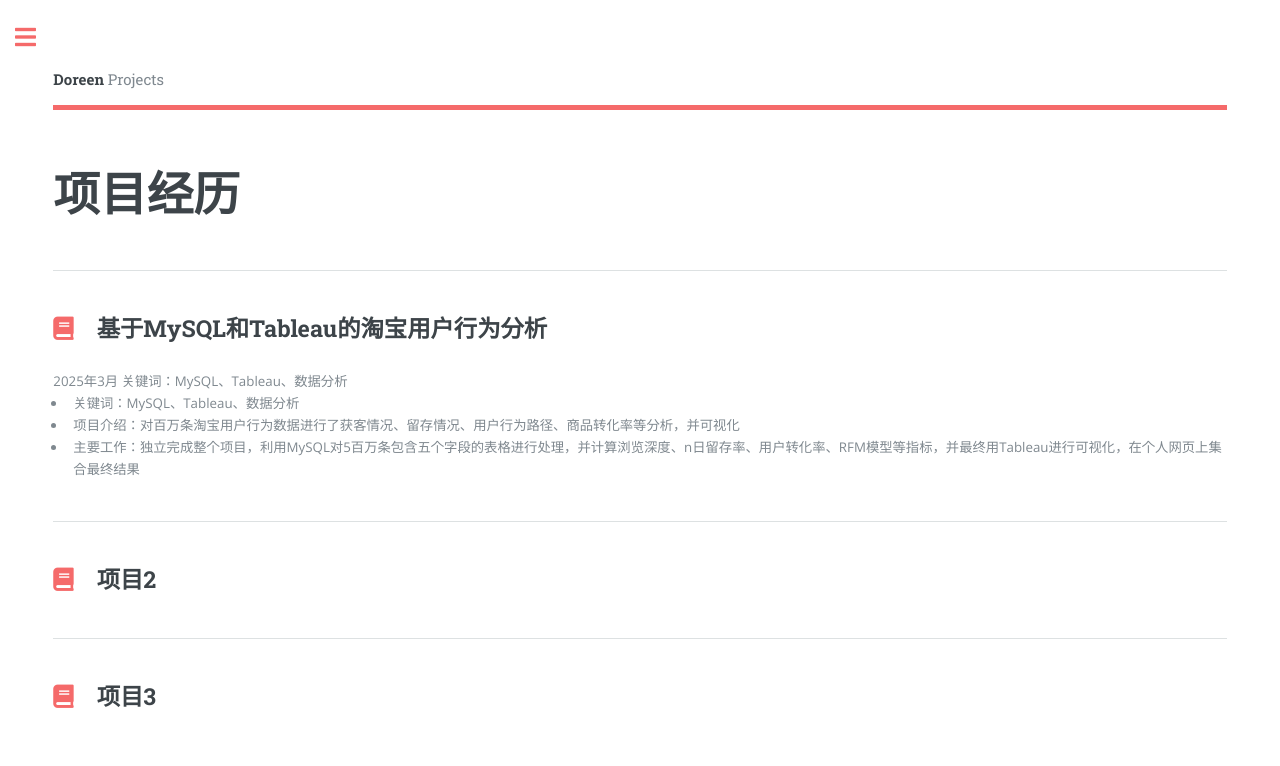
Repository: Hpz3859/Hpz3859.github.io
Page: projects.html
The author's editor kept a copy of each file at every save. The page is drawn from the files as they stood at one save, then again after the next save.
The browser window is 1280 px wide. The pictures show the whole page.

Above is the page before, as saved 2025-03-31 21:00:12.

### projects.html
<!DOCTYPE HTML>
<!--
	Editorial by HTML5 UP
	html5up.net | @ajlkn
	Free for personal and commercial use under the CCA 3.0 license (html5up.net/license)
-->
<html>
	<head>
		<title>Doreen MySQL note</title>
		<meta charset="utf-8" />
		<meta name="viewport" content="width=device-width, initial-scale=1, user-scalable=no" />
		<link rel="stylesheet" href="assets/css/main.css" />
	</head>
	<body class="is-preload">

		<!-- Wrapper -->
			<div id="wrapper">

				<!-- Main -->
					<div id="main">
						<div class="inner">

							<!-- Header -->
								<header id="header">
									<a href="projects.html" class="logo"><strong>Doreen</strong> Projects</a>
									<!--
									<ul class="icons">
										<li><a href="#" class="icon brands fa-twitter"><span class="label">Twitter</span></a></li>
										<li><a href="#" class="icon brands fa-facebook-f"><span class="label">Facebook</span></a></li>
										<li><a href="#" class="icon brands fa-snapchat-ghost"><span class="label">Snapchat</span></a></li>
										<li><a href="#" class="icon brands fa-instagram"><span class="label">Instagram</span></a></li>
										<li><a href="#" class="icon brands fa-medium-m"><span class="label">Medium</span></a></li>
									</ul>
									-->
								</header>

							<!-- Content -->
							<section>
								<header class="main">
									<h1>项目经历</h1>
								</header>
									<!-- Content -->
									<hr class="major" />

									<div class="content">
										<h2>
											<span class="icon solid fa-book" style="color: #f56a6a;"></span>
											&nbsp;&nbsp;
											<a href="#" class="logo">基于MySQL和Tableau的淘宝用户行为分析</a>
										</h2>
										2025年3月</n>
										关键词：MySQL、Tableau、数据分析
										<ul>
											<li>关键词：MySQL、Tableau、数据分析</li>
											<li>项目介绍：对百万条淘宝用户行为数据进行了获客情况、留存情况、用户行为路径、商品转化率等分析，并可视化</li>
											<li>主要工作：独立完成整个项目，利用MySQL对5百万条包含五个字段的表格进行处理，并计算浏览深度、n日留存率、用户转化率、RFM模型等指标，并最终用Tableau进行可视化，在个人网页上集合最终结果</li>
										</ul>

										<div class='tableauPlaceholder' id='viz1743403952021' style='position: relative'><noscript><a href='#'><img alt='淘宝用户行为分析 ' src='https:&#47;&#47;public.tableau.com&#47;static&#47;images&#47;8R&#47;8R4YM3R4Z&#47;1_rss.png' style='border: none' /></a></noscript><object class='tableauViz'  style='display:none;'><param name='host_url' value='https%3A%2F%2Fpublic.tableau.com%2F' /> <param name='embed_code_version' value='3' /> <param name='path' value='shared&#47;8R4YM3R4Z' /> <param name='toolbar' value='yes' /><param name='static_image' value='https:&#47;&#47;public.tableau.com&#47;static&#47;images&#47;8R&#47;8R4YM3R4Z&#47;1.png' /> <param name='animate_transition' value='yes' /><param name='display_static_image' value='yes' /><param name='display_spinner' value='yes' /><param name='display_overlay' value='yes' /><param name='display_count' value='yes' /><param name='language' value='zh-CN' /></object></div>                <script type='text/javascript'>                    var divElement = document.getElementById('viz1743403952021');                    var vizElement = divElement.getElementsByTagName('object')[0];                    if ( divElement.offsetWidth > 800 ) { vizElement.style.width='800px';vizElement.style.height='827px';} else if ( divElement.offsetWidth > 500 ) { vizElement.style.width='800px';vizElement.style.height='827px';} else { vizElement.style.width='100%';vizElement.style.height='3127px';}                     var scriptElement = document.createElement('script');                    scriptElement.src = 'https://public.tableau.com/javascripts/api/viz_v1.js';                    vizElement.parentNode.insertBefore(scriptElement, vizElement);                </script>
									</div>


									<hr class="major" />

									<div class="content">
										<h2>
											<span class="icon solid fa-book" style="color: #f56a6a;"></span>
											&nbsp;&nbsp;
											<a href="#" class="logo">项目2</a>
										</h2>
									</div>

									<hr class="major" />

									<div class="content">
										<h2>
											<span class="icon solid fa-book" style="color: #f56a6a;"></span>
											&nbsp;&nbsp;
											<a href="#" class="logo">项目3</a>
										</h2>
									</div>


							</section>

						</div>
					</div>

				<!-- Sidebar -->
					<div id="sidebar">
						<div class="inner">

							<!-- Search -->
								<section id="search" class="alt">
									<form method="post" action="#">
										<input type="text" name="query" id="query" placeholder="Search" />
									</form>
								</section>

							<!-- Menu -->
								<nav id="menu">
									<header class="major">
										<h2>目录</h2>
									</header>
									<ul>
										<li><a href="./index.html">主页</a></li>
										<li>
											<span class="opener">文章</span>
											<ul>
												<li><a href="experience.html">过往经历</a></li>
												<li><a href="#">数据挖掘</a></li>
												<li><a href="#">量化与投资</a></li>
												<li><a href="moments.html">随笔</a></li>
											</ul>
										</li>
										<li>
											<span class="opener">视频</span>
											<ul>
												<li><a href="#">待更新</a></li>
												<li><a href="#">待更新</a></li>
											</ul>
										</li>

									</ul>
								</nav>



							<!-- Footer -->
							 <!--
								<footer id="footer">
									<p class="copyright">&copy; Untitled. All rights reserved. Demo Images: <a href="https://unsplash.com">Unsplash</a>. Design: <a href="https://html5up.net">HTML5 UP</a>.</p>
								</footer>
							-->

						</div>
					</div>

			</div>

		<!-- Scripts -->
			<script src="assets/js/jquery.min.js"></script>
			<script src="assets/js/browser.min.js"></script>
			<script src="assets/js/breakpoints.min.js"></script>
			<script src="assets/js/util.js"></script>
			<script src="assets/js/main.js"></script>

	</body>
</html>

Loaded but not shown: assets/js/jquery.min.js (library); assets/js/browser.min.js (common file); assets/js/breakpoints.min.js (common file); assets/css/fontawesome-all.min.css (library); assets/js/util.js (587 lines, source omitted); assets/js/main.js (262 lines, source omitted); assets/css/main.css (2283 lines, source omitted)

After the next save:
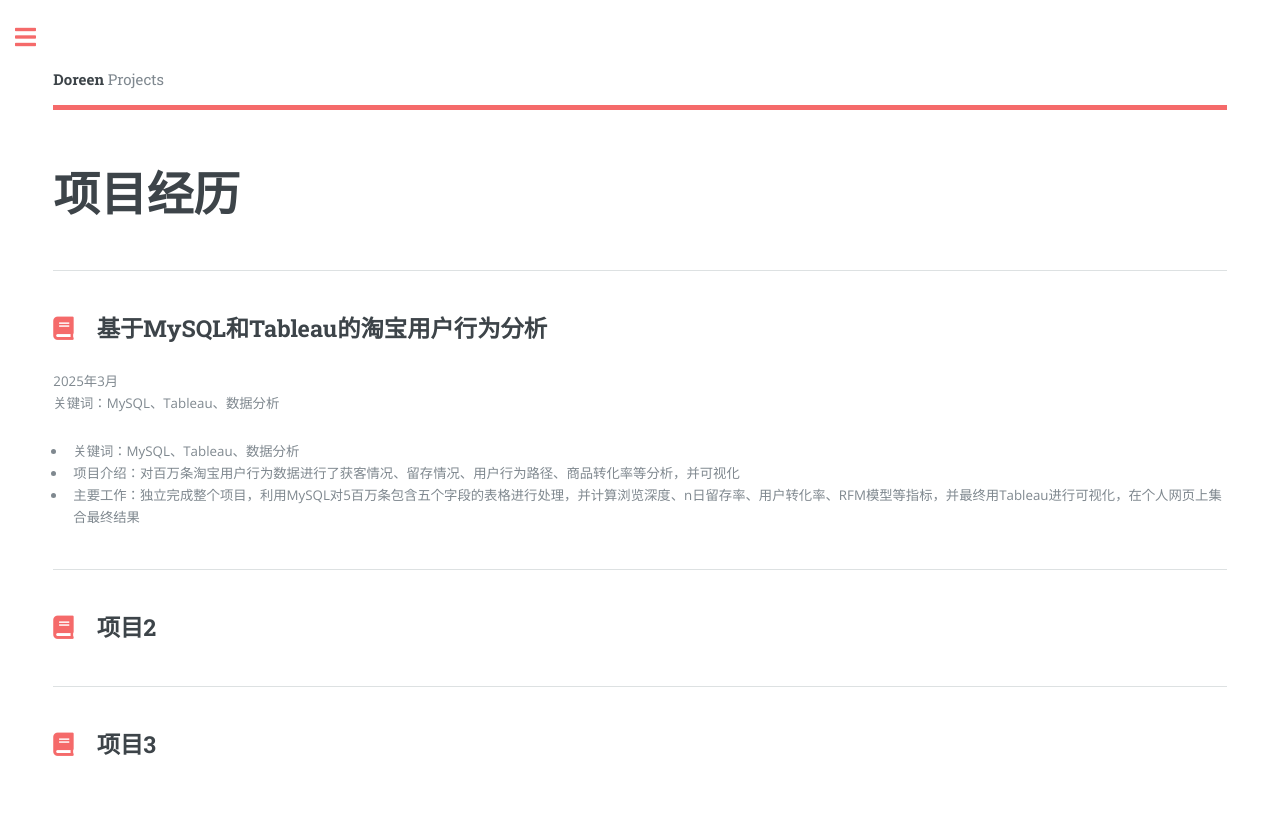
Saved 20 s later.
--- a/projects.html
+++ b/projects.html
@@ -48,8 +48,8 @@
 											&nbsp;&nbsp;
 											<a href="#" class="logo">基于MySQL和Tableau的淘宝用户行为分析</a>
 										</h2>
-										2025年3月</n>
-										关键词：MySQL、Tableau、数据分析
+										2025年3月
+										<p>关键词：MySQL、Tableau、数据分析</p>
 										<ul>
 											<li>关键词：MySQL、Tableau、数据分析</li>
 											<li>项目介绍：对百万条淘宝用户行为数据进行了获客情况、留存情况、用户行为路径、商品转化率等分析，并可视化</li>
